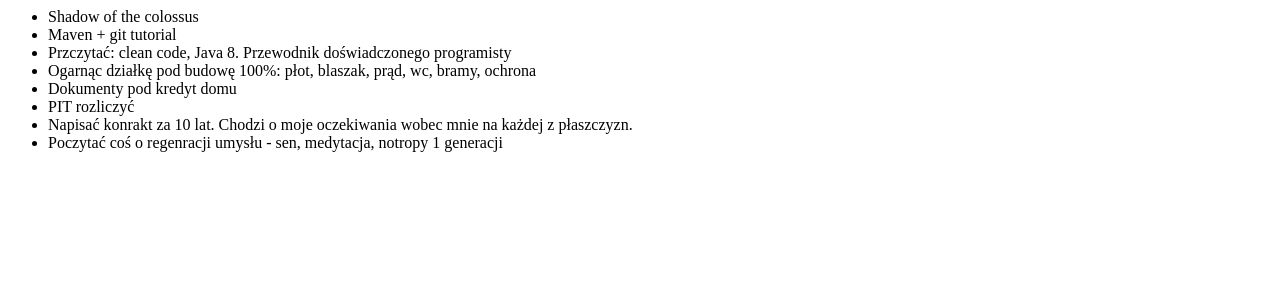
Repository: enril/enril.github.io
Page: index.html
The author's editor kept a copy of each file at every save. The page is drawn from the files as they stood at one save, then again after the next save.
The browser window is 1280 px wide. The pictures show the whole page.

Above is the page before, as saved 2019-04-14 22:59:56.

After the next save:
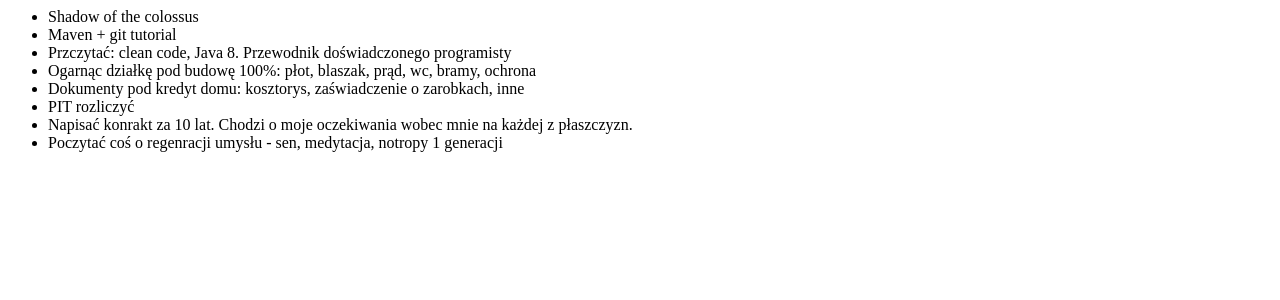
Saved 14 s later.
--- a/index.html
+++ b/index.html
@@ -5,7 +5,7 @@
       <li>Maven + git tutorial</li>
       <li>Przczytać: clean code, Java 8. Przewodnik doświadczonego programisty</li>
       <li>Ogarnąc działkę pod budowę 100%: płot, blaszak, prąd, wc, bramy, ochrona</li>
-      <li>Dokumenty pod kredyt domu</li>
+      <li>Dokumenty pod kredyt domu: kosztorys, zaświadczenie o zarobkach, inne</li>
       <li>PIT rozliczyć</li>
       <li>Napisać konrakt za 10 lat. Chodzi o moje oczekiwania wobec mnie na każdej z płaszczyzn.</li>
       <li>Poczytać coś o regenracji umysłu - sen, medytacja, notropy 1 generacji</li>
